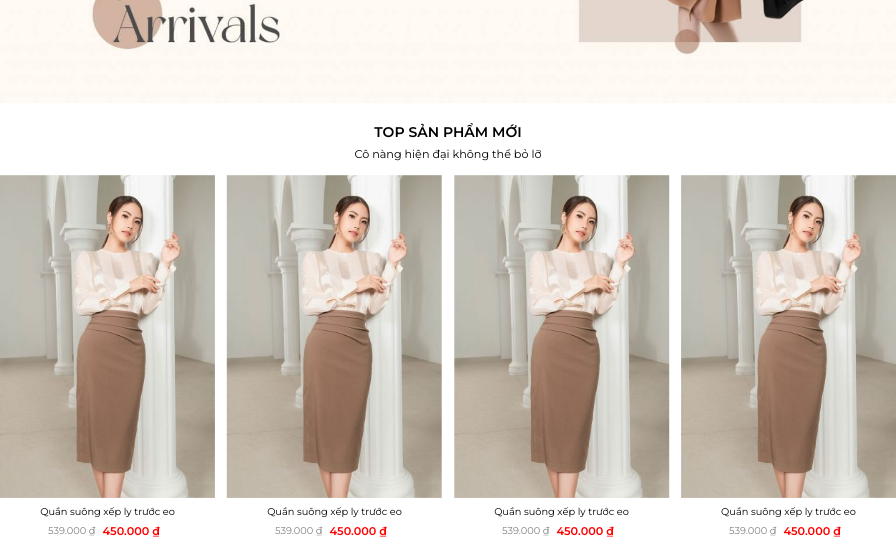
Repository: Nguyenductuan-dev/bt_j2team
Page: index.html
The author's editor kept a copy of each file at every save. The page is drawn from the files as they stood at one save, then again after a run of saves.
The browser window is 1280 px wide. The pictures show the part of the page from y = 536 to 2456 px (the page is 1304 px tall before and 2857 px after), at 70% of full size.

Above is the page before, as saved 2021-12-12 02:21:14.

After the next 2 saves:
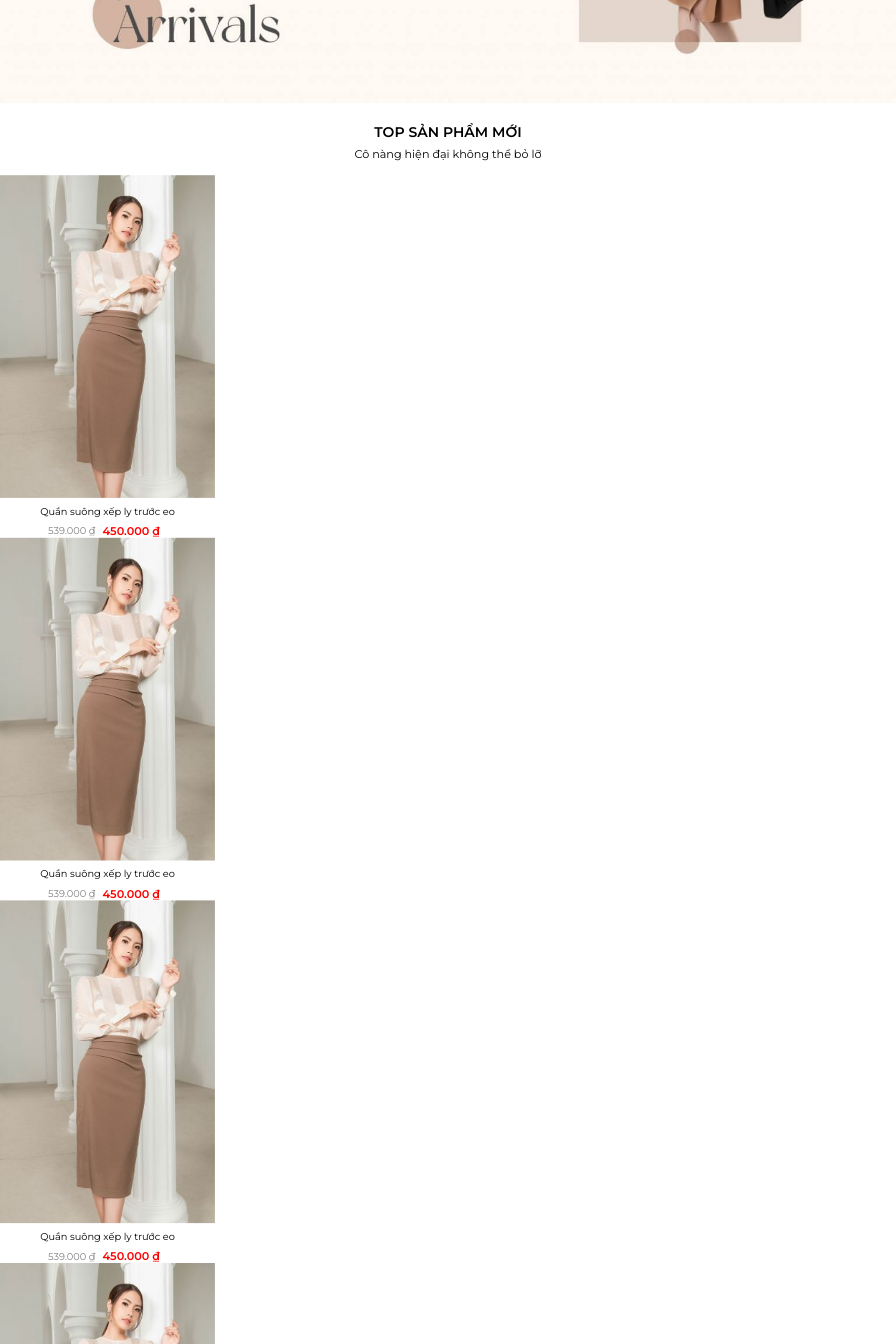
The 2 saves are shown as one change because they came seconds apart.
The last was saved 18 s later.
--- a/css/style.css
+++ b/css/style.css
@@ -105,9 +105,7 @@
 
 .home__product-list {
     margin-top:  20px;
-    display: flex;
-    flex-wrap: wrap;
-    justify-content: space-between;
+    display: grid;
 }
 .home__product-item {
     width: 24%;
